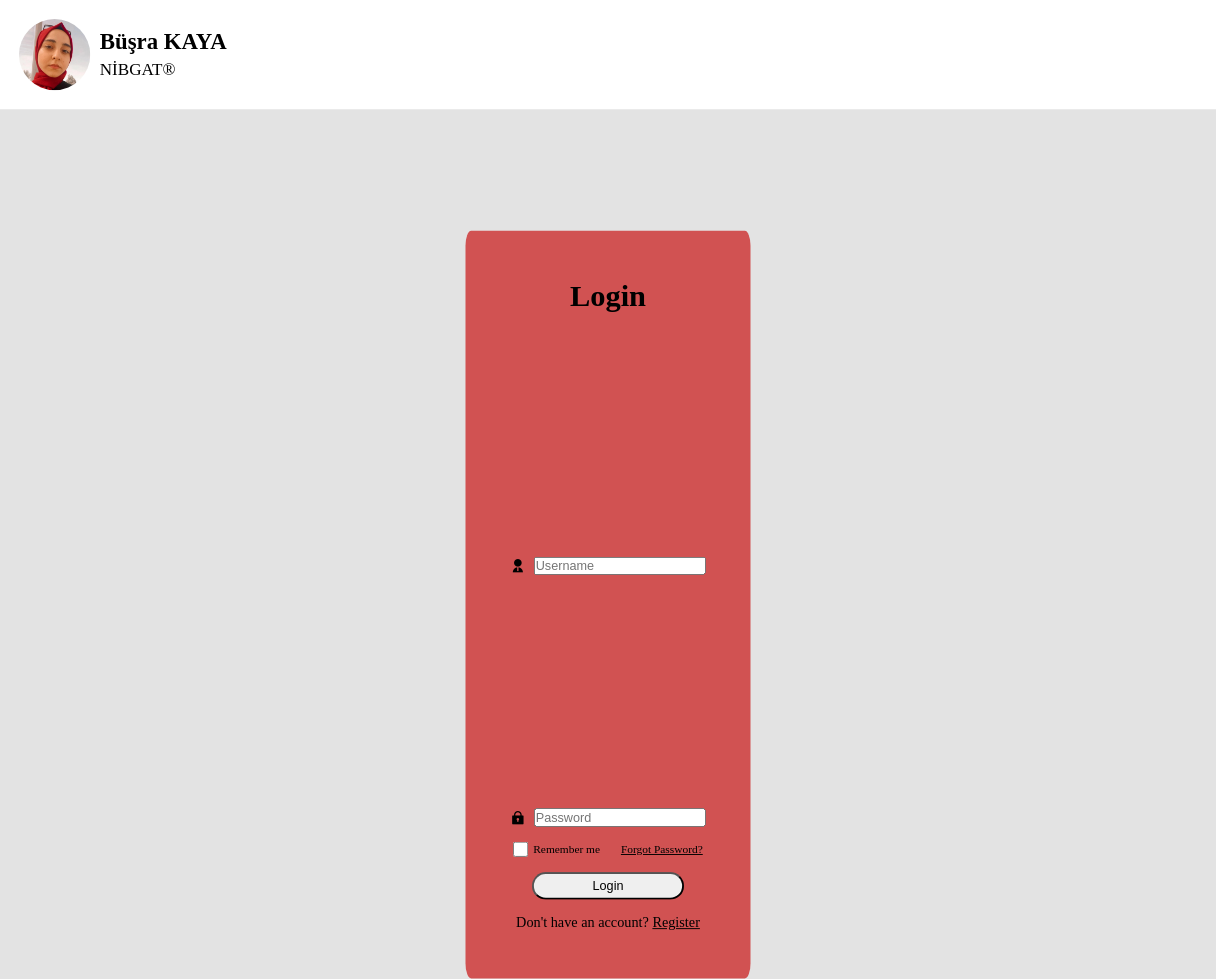
Repository: busra-kayaa/LoginPage
Page: login.html
These files come from the project's save history. The page is drawn as it stood at one moment and after the next save; the edit follows.
The browser window is 1280 px wide. The pictures show the whole page, at 95% of full size.

Above is the page before, as saved 2024-01-05 18:02:13.

### login.html
<!DOCTYPE html>
<html>
    <head>
        <meta name="author" content="Büşra Kaya"/>
        <title>Login Page</title>
        <link
            rel="stylesheet"
            href="./style.css"
            type="text/css"
        />
        <link
            rel="stylesheet"
            href="https://cdnjs.cloudflare.com/ajax/libs/remixicon/3.5.0/remixicon.css"
            crossorigin=""
        />  <!--Remixicon ikon kitaplığını bağlamak için bir stil dosyasını içerir.-->

    </head>
    <body>
        <div class="header-container">
            <div
                class="header-left-side-container"
            >
                <img
                    src="./busra.jpg"
                    height="75px"
                    width="75px"
                    class="logo"
                />
                <div class="header-desc-container">
                    <span class="header-title">
                        Büşra KAYA
                    </span>
                    <span class="header-content">
                        NİBGAT®
                    </span>
                </div>
            </div>
        </div>
        <div class="login-from-container">
            <div class ="login-text"><h1>Login</h1></div>
            <div class="input-group1">
                <i class="ri-user-2-fill"></i>
                <input
                    type="text"
                    placeholder="Username"
                    class="input-text"
                    autocomplete="off"
                />
            </div>
            <div class="input-group2">
                <i class="ri-lock-2-fill"></i>
                <input
                    type="password"
                    placeholder="Password"
                    class="input-text"
                    autocomplete="off"
                />
            </div>
            <div class="login__check">
                <div class="login__check-box">
                   <input type="checkbox" class="login__check-input" id="user-check">
                   <label for="user-check" class="login__check-label">Remember me</label>
                </div>

                <a href="#" target="_blank" class="login__forgot">Forgot Password?</a>
             </div>

             <button onclick="alert('Başarıyla Giriş Yaptınız.')" type="submit" class="login__button">Login</button>

             <div class="login__register">
                Don't have an account? <a href="#"  target="_blank">Register</a>
             </div>
        </div>
    </body>
</html>

### style.css

* {
    padding: 0;
    margin: 0;
}

body {
    background-color: #e3e3e3;
}

.header-container {
    justify-content: space-between;
    background-color: #ffffff;
    flex-direction: row;
    align-items: center;
    padding: 20px;
    display: flex;
    margin-bottom: 10%;
}
.header-left-side-container {
    flex-direction: row;
    align-items: center;
    display: flex;
}

.logo {
    border-radius: 50%;
    margin-right: 10px;
}

.header-desc-container {
    display: flex;
    flex-direction: column;
}

.header-title {
    display: flex;
    flex-direction:column;
    font-weight: bold;
    font-size: 24px;
    margin-bottom: 5px;
}

.header-content {
    font-weight:normal;
    font-size: 18px;
    color:rgb(0, 0, 0);
}

.login-from-container {
    background-color: #d15252;
    display: flex;
    border-radius: 2%;
    flex-direction: column;
    align-items: center;
    text-align: center;
    margin: auto;
    width: 200px;
    padding: 50px;
}

.login-text {
    padding-bottom: 15px;
}

.input-group1 {
    display: grid;
    grid-template-columns: 1fr max-content;
    column-gap: .55rem;
    align-items: center;
    margin-bottom: 3%;
height: 500px;}

.input-group1 i {
    font-size: 100 200 px;
}

.input-group2 {
    display: grid;
    grid-template-columns: 1fr max-content;
    column-gap: .55rem;
    align-items: center;

}

.input-group2 i {
    font-size: 100 200 px;
}

.login__check,
.login__check-box {
    display: flex;
    justify-content: space-between;
    align-items: center;
}

.login__check {
    font-size: 12px;
    margin-top: 1rem;
    margin-bottom: 1rem;
    gap: 22px;
}

.login__check-box {
    column-gap: 5px;
}

.login__check-input {
    width: 1rem;
    height: 1rem;
}

.login__forgot {
    color: black;
}

.login__forgot:hover {
    text-decoration: underline;
}

.login__button {
    width: 80%;
    padding: 5px;
    margin-bottom: 1rem;
    border-radius: 4rem;
    color: var(--black-color);
    font-weight: 500;
}

.login__button:hover {
    background-color: var(--highlight-color);
    color: var(--white-color);
}

.login__button:hover{
    opacity: 0.75;
    cursor: pointer;
}

.login__button:active{
    transform: translateY(2px);
}

.login__register {
    font-size: 15px;
    text-align: center;
}

.login__register a {
    color: var(--white-color);
    font-weight: 500;
}

.login__register a:hover {
    text-decoration: underline;
}

After the next save:
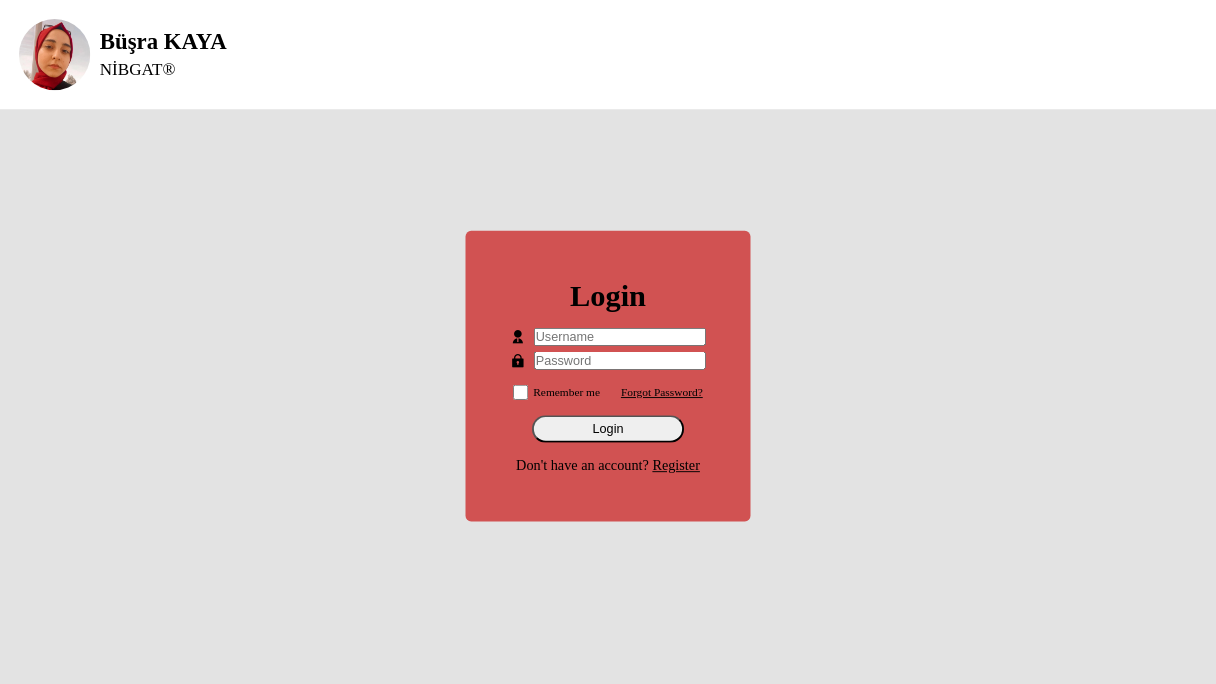
Saved 8 s later.
--- a/style.css
+++ b/style.css
@@ -69,7 +69,8 @@ body {
     column-gap: .55rem;
     align-items: center;
     margin-bottom: 3%;
-height: 500px;}
+    width: auto;
+}
 
 .input-group1 i {
     font-size: 100 200 px;
